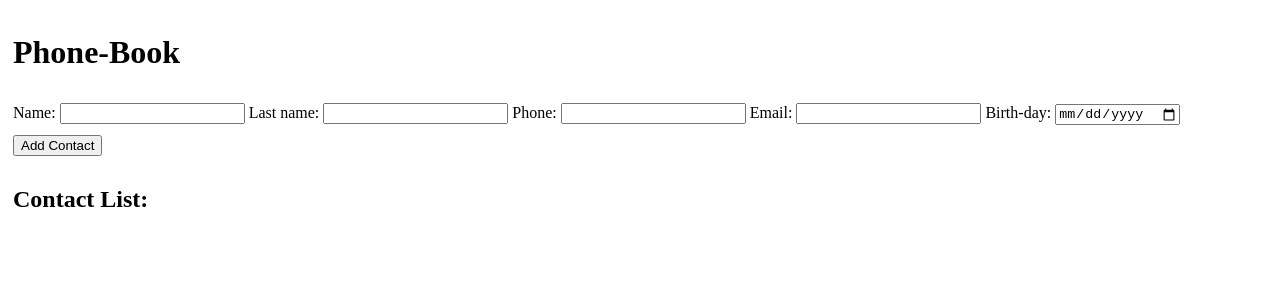
Repository: STA1357/Phone-book
Page: Inner.html
These files come from the project's save history. The page is drawn as it stood at one moment and after the next save; the edit follows.
The browser window is 1280 px wide. The pictures show the whole page.

Above is the page before, as saved 2020-12-10 10:53:47.

### Inner.html
<!DOCTYPE html>
<html lang="en">
<head>
    <meta charset="UTF-8">
    <meta name="viewport" content="width=device-width, initial-scale=1.0">
    <title>Phone Book</title>
    <link rel="stylesheet" href="./styles.css">
    <script src="./app.js"></script>
</head>
<body>
    <form action="#" method="POST">

        <header>
            <div class="header-title">
                <h1>Phone-Book</h1>
            </div>
        </header>

        <main>
            <div class="container">
                <label for="name">Name:</label>
                <input type="text" id="nameInput">
                <label for="lname">Last name:</label>
                <input type="text" id="lnameInput">
                <label for="tel">Phone:</label>
                <input type="text" id="telInput" class="tellinput">
                <label for="email">Email:</label>
                <input type="email" id="emailInput">
                <label for="birthname">Birth-day:</label>
                <input type="date" id="birthInput">
            </div>

        </main>

        <div class="btn">
        <button type="submit" id="btnAdd">Add Contact</button>
    </div>
    </form>
<div class="list-container">
    <h2>Contact List:</h2>
    <ul id="users"></ul>
</div>
</body>
</html>

### styles.css
.selected{
    background-color: skyblue;
    color: black;
    text-shadow: 0.5px 0.5px grey;
}

.deleteBtn::before{
    color: brown;
    content: "delete";
}

div{
    padding: 5px;
}

### app.js
window.onload = function() {
    const localKey = 'contactsCollection';
    const form = document.querySelector('form');
    const list = document.getElementById('users');
    const userName = document.getElementById('nameInput');
    const userLname = document.getElementById('lnameInput');
    const userTel = document.getElementById('telInput');
    const userEmail = document.getElementById('emailInput');
    const userBirth = document.getElementById('birthInput');

    let contactsList = getContacts();
    let activeContact = null;

    generateContactList();

    function getContacts() {
        const res = localStorage.getItem(localKey);
        return res ? JSON.parse(res) : [];
    }

    function setToStorage(data) {
        localStorage.setItem(localKey, data);
    }

    function updateContactList(newList) {
        const string = JSON.stringify(newList);
        contactsList = newList;
        setToStorage(string);
        generateContactList();
    }

    function recordContact(newContact) {
        updateContactList([...contactsList, newContact])
    }

    function updateContact(newData) {
        contactsList = contactsList.map(contact => contact.id === newData.id ? newData : contact);
        updateContactList(contactsList);
    }

    function deleteContact(removeId) {
        contactsList = contactsList.filter(({ id }) => id !== removeId);
        updateContactList(contactsList);
    }

    function setActiveContact(id) {
        const contact = document.getElementById(`contact-${id}`);
        contact.classList.toggle('active');
    }

    function generateContactList() {
        console.log(contactsList);
        const fragment = document.createDocumentFragment();
        contactsList.forEach((contact) => {
            const { id, name, lastName, phone, mail, birthDay } = contact;
            const container = document.createElement('div');
            container.onclick = () => setActiveContact(id);
            container.id = `contact-${id}`;
            const title = document.createElement('li');
            title.innerText = `${name} ${lastName}`;

            const infoList = document.createElement('b');
            infoList.innerText = phone + ' - ' + mail + ' - ' + birthDay;
            // phonesList.innerText = phones.join(' ');
            container.appendChild(title);
            container.appendChild(infoList);
            fragment.appendChild(container);

            const deleteBtn = document.createElement('button');
            deleteBtn.className = 'deleteBtn'
            fragment.appendChild(deleteBtn);
            deleteBtn.addEventListener('mousedown', function (e) {
                e.preventDefault();
            })

            deleteBtn.addEventListener('click', function (e) {
                console.log(e);
                deleteContact();
            })

            //const btn = document.createElement('button');
            //btn.onclick = () => !deleteContact(removeId);
            //btn.appendChild(container)


            container.addEventListener('mousedown', function (e) {
                e.preventDefault();
            })

            container.addEventListener('click', function (e) {
                console.log(e);


                if (e.target == this) {
                    return false;

                }
                if (!e.ctrlKey) {
                    clearSelected(this.children);
                }
                addSelected(e.target);
            })

            function clearSelected(elems) {
                for (let elem of elems) {
                    elem.classList.remove('selected');
                }
            }

            function addSelected(target) {
                target.classList.add('selected');
            }
        });


        list.innerHTML = '';
        list.appendChild(fragment);


    }

    function getId() {
        return '_' + Math.random().toString(36).substr(2, 9);
    };

    form.onsubmit = (event) => {
        event.preventDefault();
        const contact = {
            id: getId(),
            name: userName.value,
            lastName: userLname.value,
            phone: userTel.value,
            mail: userEmail.value,
            birthDay: userBirth.value
        }
        recordContact(contact);
        console.log(contact);
    }
}

// const form = document.querySelector('form')
// const list = document.getElementById('users')
// const userName = document.getElementById('nameInput')
// const userLname = document.getElementById('lnameInput')
// const userTel = document.getElementById('telInput')
// const userEmail = document.getElementById('emailInput')
// const userBirth = document.getElementById('birthInput')
// const entry = document.createElement('li')


// function addUser() {
//     const list = document.getElementById('users')
//     const userName = document.getElementById('nameInput')
//     const userLname = document.getElementById('lnameInput')
//     const userTel = document.getElementById('telInput')
//     const userEmail = document.getElementById('emailInput')
//     const userBirth = document.getElementById('birthInput')
//     const entry = document.createElement('li')
//     entry.appendChild(document.createTextNode(userName.value + ' ' + userLname.value + ' '
//     + userTel.value + ' ' + userEmail.value + ' ' + userBirth.value))
//     list.appendChild(entry)
//     return false

// }

// let bookContacts = [];

// const addContacts = (ev) => {
//     ev.preventDefault();
//     let contact = {
//         name: document.getElementById('nameInput').value,
//         lname: userLname.value,
//         tel: userTel.value,
//         email: userEmail.value,
//         birthday: userBirth.value
//     }
//     bookContacts.push(contact);
//     document.forms[0].reset();
// }
// document.addEventListener('DomContentLoad', () =>{
//     document.getElementById('btnAdd').addEventListener('click',addContacts)
// })
// console.log(bookContacts);




/*class Person{
    constructor(options){
        this.name = options.name
        this.lname = options.lname
        this.tel = options.tel
        this.email = options.email
        this.birthday = options.birthday
    }
}

class User extends Person{
    static type = "User"
}

const user = new User({
    name: "",
    lname: "",
    tel: "",
    email:"",
    birthday:""
})


localStorage.setItem('userInfo', JSON.stringify(user));




const raw = localStorage.getItem('userInfo')
const userInfo = JSON.parse(raw)
userInfo.name = 'Maxim'

console.log(userInfo);*/

After the next save:
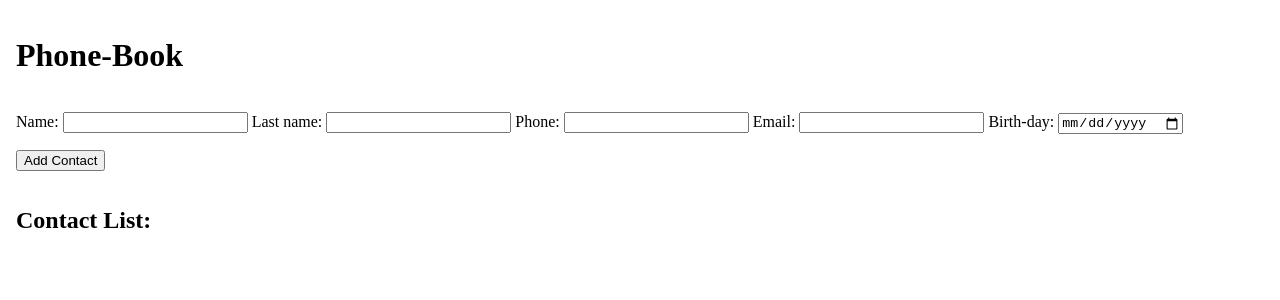
Saved 40 s later.
--- a/styles.css
+++ b/styles.css
@@ -10,5 +10,5 @@
 }
 
 div{
-    padding: 5px;
+    padding: 8px;
 }

After the save that followed:
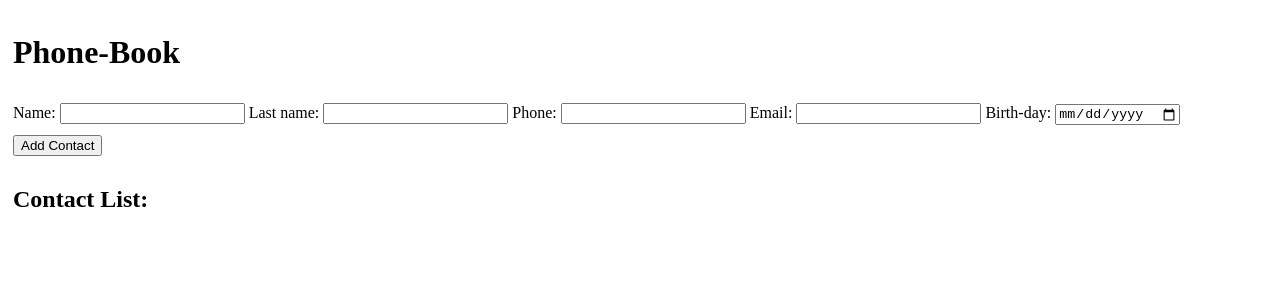
Saved 7 s later.
--- a/styles.css
+++ b/styles.css
@@ -10,5 +10,5 @@
 }
 
 div{
-    padding: 8px;
+    padding: 5px;
 }
